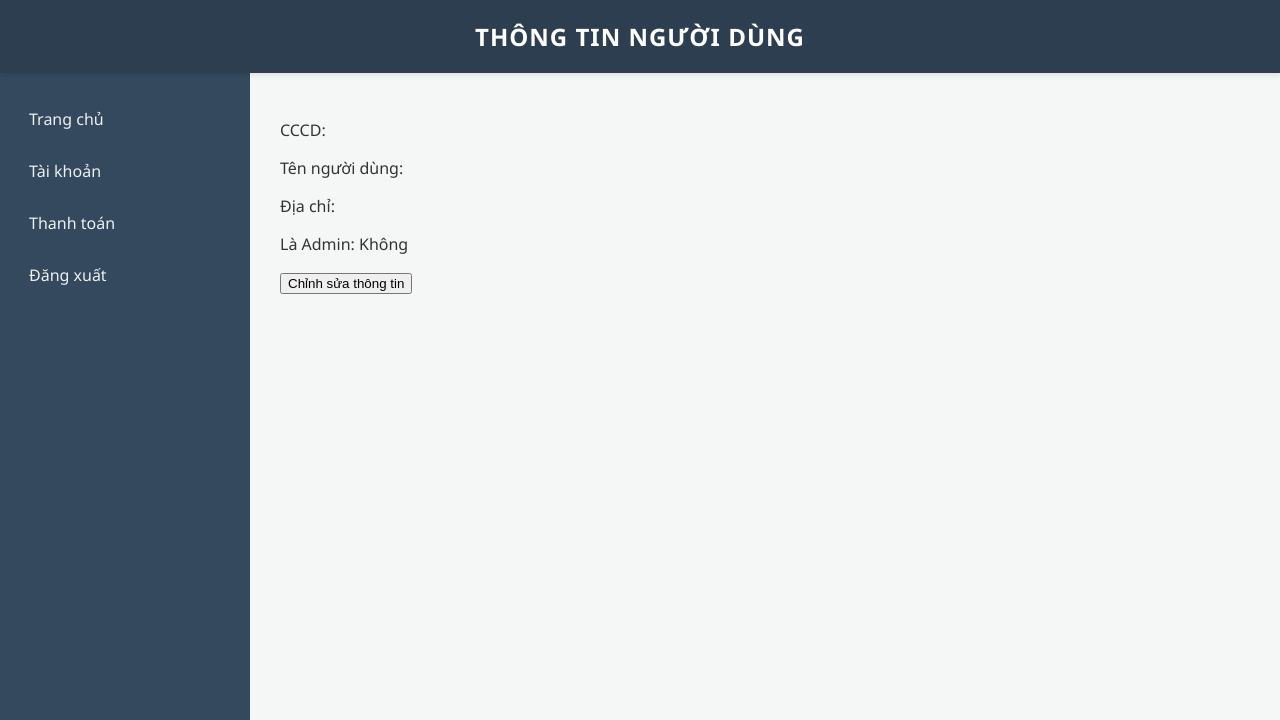
Repository: Chien02/SOAProjects
Page: http://localhost/QuanLyHangHoaWebClient/userInfo.jsp
These files come from the project's save history. The page is drawn as it stood at one moment and after the next save; the edit follows.
The browser window is 1280 px wide. The pictures show the whole page.
The page is served by Tomcat 9. Nobody is signed in. The application's start-up code is not run. Other server files are loaded and not shown. The template is opened directly, without the code that normally fills it, so the values that code supplies are empty.

Above is the page before, as saved 2026-03-23 18:25:49.

### QuanLyHangHoaWebClient/WebContent/userInfo.jsp
<%@ page language="java" contentType="text/html; charset=UTF-8" pageEncoding="UTF-8"%>
<%@ taglib prefix="c" uri="http://java.sun.com/jsp/jstl/core" %>

<!DOCTYPE html>
<html>
<head>
	<meta charset="UTF-8">
	<title>KHO HANG HOA</title>
	<link rel="stylesheet" href="styles/styles.css">
</head>
<body>
	<h2>THÔNG TIN NGƯỜI DÙNG</h2>
	<aside>
		<a href="dashboard.jsp">Trang chủ</a>
		<a href="#">Tài khoản</a>
		<a href="invoice?action=payment">Thanh toán</a>
		<a href="customer?action=logout">Đăng xuất</a>
		<c:if test="${khachHang != null && khachHang.laAdmin}">
			<a href="hanghoa?action=inventory">Kho Hàng</a>
		</c:if>
	</aside>
	<main>
		<p style="color: red;">${errorMsg}</p>
		<p style="color: green;">${successMsg}</p>
		<div>
			<p>CCCD: ${khachHang.cccd}</p>
			<p>Tên người dùng: ${khachHang.hoTen}</p>
			<p>Địa chỉ: ${khachHang.diaChi}</p>
			<p>Là Admin: ${khachHang.laAdmin ? 'Có' : 'Không'}</p> </div>
		<button id="updateBtn">Chỉnh sửa thông tin</button>

		<div id="updateModal" class="modal" style="display: none;">
			<div class="modal-content">
				<span class="close-btn" id="closeModal" style="cursor:pointer; float:right;">&times;</span>
				<h3>Cập nhật thông tin</h3>
				<form action="customer" method="POST">
					<input type="hidden" name="action" value="capNhat">

					<label>CCCD: </label>
					<input type="text" name="cccd" placeholder="Nhập cccd mới" value="${khachHang.cccd}" readonly required>
					<br><br>
					<label>Họ và tên:</label>
					<input name="hoTen" type="text" placeholder="Nhập họ tên mới" value="${khachHang.hoTen}" required>
					<br><br>
					<label>Địa chỉ: </label>
					<input type="text" name="diaChi" placeholder="Nhập địa chỉ mới" value="${khachHang.diaChi}" required>
					<br><br>
					<button type="submit">Cập nhật</button>
				</form>
			</div>
		</div>
	</main>

	<script>
		const updateBtn = document.getElementById("updateBtn");
		const closeBtn = document.getElementById("closeModal");
		const updateModal = document.getElementById("updateModal");

		updateBtn.addEventListener('click', () => { updateModal.style.display = 'block'; });
		closeBtn.addEventListener('click', () => { updateModal.style.display = 'none'; });

		// Đóng modal khi click ra ngoài vùng mờ
		window.addEventListener('click', (event) => {
			if (event.target === updateModal) {
				updateModal.style.display = 'none';
			}
		});
	</script>
</body>
</html>

### QuanLyHangHoaWebClient/WebContent/styles/styles.css
/* =========================================
   1. BỐ CỤC CHUNG (GRID) - DÙNG CHUNG CHO MỌI TRANG
   ========================================= */
body {
    margin: 0;
    padding: 0;
    font-family: 'Segoe UI', Tahoma, Geneva, Verdana, sans-serif;
    background-color: #f4f7f6;
    color: #333;
    display: grid;
    grid-template-columns: 250px 1fr;
    grid-template-rows: auto 1fr;
    min-height: 100vh;
}

/* Chỉ nhắm vào thẻ h2 nằm ngoài cùng (Header tổng) */
body > h2 {
    grid-column: 1 / 3;
    background-color: #2c3e50; /* Xanh đen */
    color: #ffffff;
    margin: 0;
    padding: 20px;
    text-align: center;
    letter-spacing: 1px;
    box-shadow: 0 2px 5px rgba(0,0,0,0.1);
    z-index: 10;
}

/* =========================================
   2. TRÌNH ĐƠN BÊN TRÁI (ASIDE)
   ========================================= */
aside {
    background-color: #34495e;
    display: flex;
    flex-direction: column;
    padding-top: 20px;
}

aside a {
    display: block;
    width: 100%;
    box-sizing: border-box;
    color: #ecf0f1;
    text-decoration: none;
    padding: 15px 25px;
    font-size: 16px;
    text-align: left;
    border-left: 4px solid transparent;
    transition: all 0.3s ease;
}

aside a:hover,
aside a.active {
    background-color: #2c3e50;
    border-left: 4px solid #3498db;
    padding-left: 30px;
}

/* =========================================
   3. KHU VỰC NỘI DUNG CHÍNH (MAIN)
   ========================================= */
main {
    padding: 30px;
    background-color: #f4f7f6;
}

/* Header của từng phần nội dung bên trong */
.section-header {
    display: flex;
    justify-content: space-between;
    align-items: center;
    border-bottom: 2px solid #ddd;
    margin-bottom: 25px;
    padding-bottom: 10px;
}

/* Trả lại style bình thường cho h2 bên trong main */
main h2.section-title {
    margin: 0;
    color: #2c3e50;
    background-color: transparent;
    padding: 0;
    box-shadow: none;
    text-align: left;
}

.goods-count {
    color: #7f8c8d;
    font-style: italic;
}

/* =========================================
   4. DANH SÁCH HÀNG HOÁ (GRID SẢN PHẨM)
   ========================================= */
.goods-grid {
    display: grid;
    grid-template-columns: repeat(auto-fill, minmax(220px, 1fr));
    gap: 25px;
}

.goods-card {
    background: #ffffff;
    border-radius: 8px;
    overflow: hidden;
    box-shadow: 0 4px 8px rgba(0,0,0,0.08);
    display: flex;
    flex-direction: column;
    transition: transform 0.2s, box-shadow 0.2s;
}

.goods-card:hover {
    transform: translateY(-5px);
    box-shadow: 0 8px 15px rgba(0,0,0,0.15);
}

.goods-thumbnail {
    height: 160px;
    width: 100%;
    background-color: #bdc3c7;
    border-bottom: 1px solid #eee;
}

.goods-info {
    padding: 15px;
    display: flex;
    flex-direction: column;
    gap: 8px;
    flex-grow: 1;
}

.goods-title {
    margin: 0;
    font-size: 18px;
    color: #2c3e50;
    font-weight: bold;
}

.goods-producer {
    color: #7f8c8d;
    font-size: 14px;
}

/* Đổi tên từ game-price thành item-price */
.item-price {
    color: #e74c3c;
    font-weight: bold;
    font-size: 16px;
    margin-top: auto;
}

/* Đổi tên từ btn-rent thành btn-detail */
.btn-detail {
    display: block;
    text-align: center;
    background-color: #3498db;
    color: white;
    padding: 10px;
    border-radius: 4px;
    text-decoration: none;
    font-weight: bold;
    margin-top: 10px;
    transition: background 0.3s;
}

.btn-detail:hover {
    background-color: #2980b9;
}

.modal {
    /* Cố định modal phủ kín toàn màn hình */
    position: fixed;
    z-index: 1000;
    left: 0;
    top: 0;
    width: 100%;
    height: 100%;
    background-color: rgba(0, 0, 0, 0.6); /* Nền đen mờ 60% */
}

.modal-content {
    background-color: #ffffff;
    margin: 8% auto; /* Cách top 8% và tự động căn giữa ngang */
    padding: 30px 40px;
    border-radius: 8px;
    width: 90%;
    max-width: 450px; /* Độ rộng tối đa của form */
    box-shadow: 0 5px 15px rgba(0,0,0,0.3);
    position: relative;
    animation: fadeIn 0.3s ease; /* Hiệu ứng trượt hiện ra nhẹ nhàng */
}

/* Nút X đóng modal */
.close-btn {
    font-size: 28px;
    font-weight: bold;
    color: #aaa;
    position: absolute;
    top: 15px;
    right: 20px;
    transition: color 0.2s;
}

.close-btn:hover {
    color: #e74c3c;
}

/* =========================================
   5. STYLE CHO FORM TRONG MODAL
   ========================================= */
form {
    display: flex;
    flex-direction: column;
}

form label {
    font-weight: bold;
    margin-top: 15px;
    margin-bottom: 5px;
    color: #2c3e50;
}

form input[type="text"] {
    padding: 12px;
    border: 1px solid #ccc;
    border-radius: 4px;
    font-size: 15px;
    outline: none;
    transition: border 0.3s;
}

form input[type="text"]:focus {
    border-color: #3498db;
    box-shadow: 0 0 5px rgba(52, 152, 219, 0.3);
}

/* Hiệu ứng hoạt hình nhỏ khi bật modal */
@keyframes fadeIn {
    from { opacity: 0; transform: translateY(-20px); }
    to { opacity: 1; transform: translateY(0); }
}

After the next save:
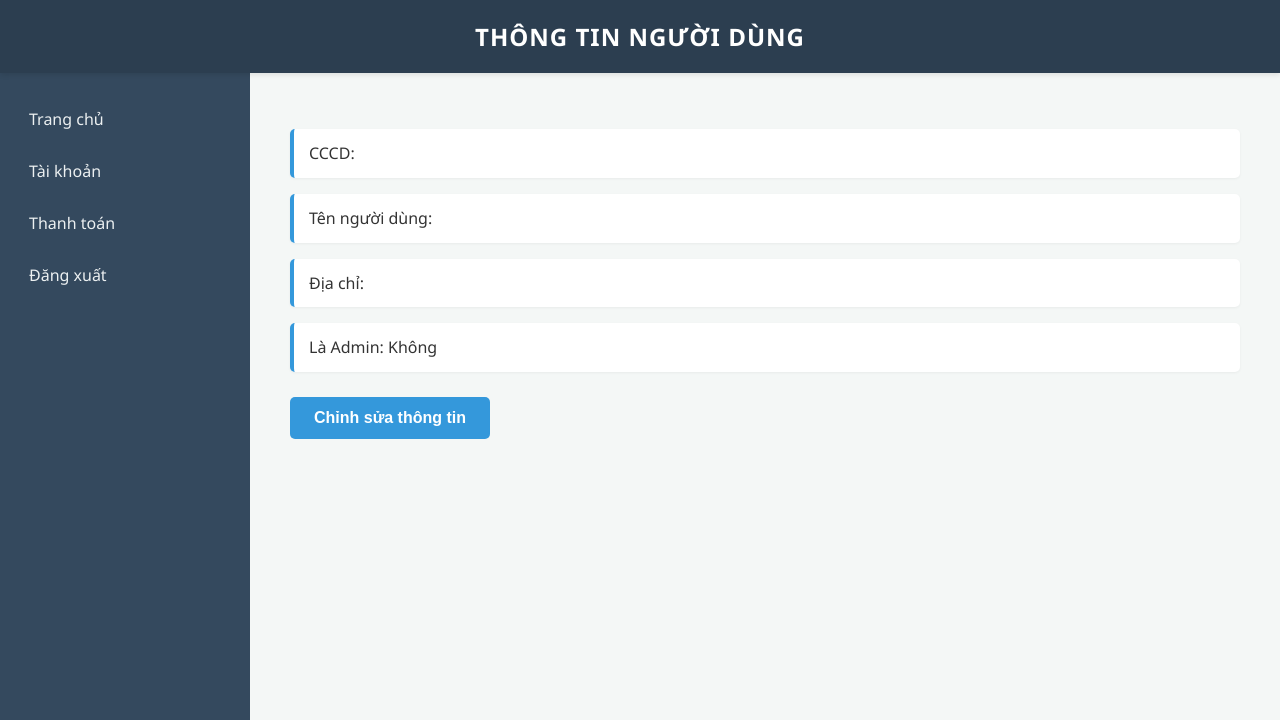
Saved 106 s later.
--- a/QuanLyHangHoaWebClient/WebContent/styles/styles.css
+++ b/QuanLyHangHoaWebClient/WebContent/styles/styles.css
@@ -163,6 +163,42 @@ main h2.section-title {
 }
 
 .btn-detail:hover {
+    background-color: #2980b9;
+}
+
+/* =========================================
+   3. PHẦN NỘI DUNG CHÍNH (MAIN)
+   ========================================= */
+main {
+    padding: 40px;
+    background-color: #f4f7f6;
+}
+
+main div > p {
+    font-size: 16px;
+    line-height: 1.8;
+    background: #fff;
+    padding: 10px 15px;
+    border-radius: 5px;
+    border-left: 4px solid #3498db;
+    margin-bottom: 15px;
+    box-shadow: 0 1px 3px rgba(0,0,0,0.05);
+}
+
+button {
+    background-color: #3498db;
+    color: white;
+    border: none;
+    padding: 12px 24px;
+    font-size: 16px;
+    border-radius: 5px;
+    cursor: pointer;
+    font-weight: bold;
+    transition: background 0.3s;
+    margin-top: 10px;
+}
+
+button:hover {
     background-color: #2980b9;
 }
 
